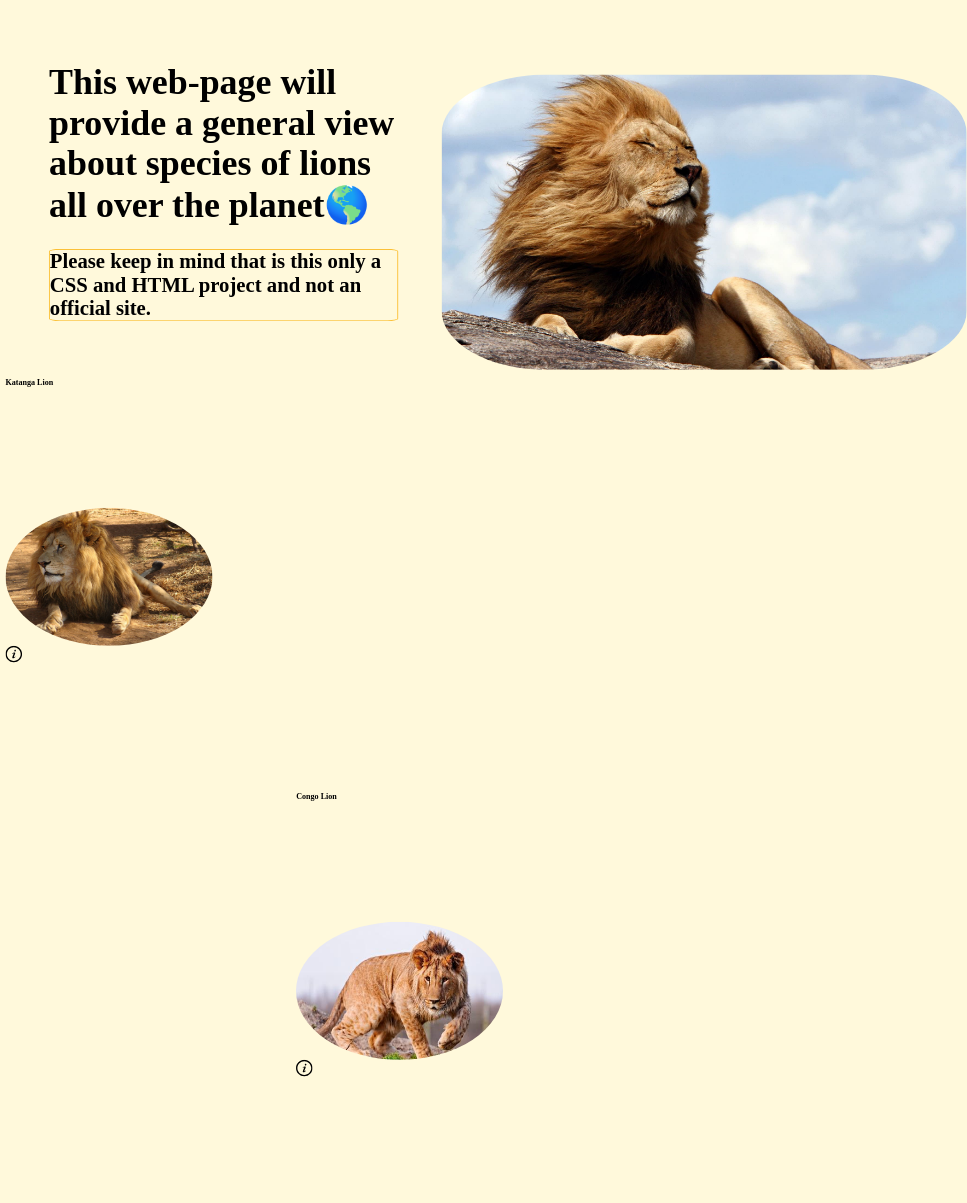
Repository: GeorgeManias/lions_project
Page: index.html
These files come from the project's save history. The page is drawn as it stood at one moment and after the next save; the edit follows.
The browser window is 1280 px wide. The page is 1401 px wide, so the pictures cover 1401 px, including what lies to the right of the window. The pictures show the whole page, at 69% of full size.

Above is the page before, as saved 2021-11-03 20:09:30.

### index.html
<!DOCTYPE html>
<html lang="en">
  <head>
    <link rel="stylesheet" href="index.css" />
    <link
      href="https://fonts.googleapis.com/css2?family=Roboto:ital@1&display=swap"
      rel="stylesheet"
    />
    <title>King of the Jungle</title>
  </head>
  <div class="container">
    <!--This will be the container fro the main_page-->

    <body>
      <!--Class above will support the grid between header and main photo-->
      <div class="headers_and_mainphoto">
        <header>
          <!--This area will be for the upper body part-->
          <h1 class="main_header">
            This web-page will provide a general view about species of lions all
            over the planet🌎
          </h1>
          <h2 class="project_header">
            Please keep in mind that is this only a CSS and HTML project and not
            an official site.
          </h2>
        </header>
        <img
          src="pictures/main_lion.jpg"
          alt="main_lion_photo"
          class="main_photo"
        />
      </div>
      <div class="grid_with_6_pictures">
        <!--Katanga_Lion_Start-->
        <h3 id="katanga_title_cord" class="titles_6">Katanga Lion</h3>
        <img
          src="pictures/katanga_lion.jpg"
          alt="katanga_lion"
          id="katanga_img_cord"
          class="img_6"
        />
        <svg
          id="katanga_info_cord"
          class="info_svg"
          xmlns="http://www.w3.org/2000/svg"
          width="24"
          height="24"
          viewBox="0 0 24 24"
        >
          <path
            d="M12 2c5.514 0 10 4.486 10 10s-4.486 10-10 10-10-4.486-10-10 4.486-10 10-10zm0-2c-6.627 0-12 5.373-12 12s5.373 12 12 12 12-5.373 12-12-5.373-12-12-12zm-2.033 16.01c.564-1.789 1.632-3.932 1.821-4.474.273-.787-.211-1.136-1.74.209l-.34-.64c1.744-1.897 5.335-2.326 4.113.613-.763 1.835-1.309 3.074-1.621 4.03-.455 1.393.694.828 1.819-.211.153.25.203.331.356.619-2.498 2.378-5.271 2.588-4.408-.146zm4.742-8.169c-.532.453-1.32.443-1.761-.022-.441-.465-.367-1.208.164-1.661.532-.453 1.32-.442 1.761.022.439.466.367 1.209-.164 1.661z"
          />
        </svg>
        <!--Katanga_Lion_End-->
      </div>
      <div class="grid_with_6_pictures">
        <!--Congo_Lion_Start-->
        <h3 id="congo_title_cord" class="titles_6">Congo Lion</h3>
        <img
          src="pictures/congo_lion.jpg"
          alt="congo_lion"
          id="congo_img_cord"
          class="img_6"
        />
        <svg
          id="congo_info_cord"
          class="info_svg"
          xmlns="http://www.w3.org/2000/svg"
          width="24"
          height="24"
          viewBox="0 0 24 24"
        >
          <path
            d="M12 2c5.514 0 10 4.486 10 10s-4.486 10-10 10-10-4.486-10-10 4.486-10 10-10zm0-2c-6.627 0-12 5.373-12 12s5.373 12 12 12 12-5.373 12-12-5.373-12-12-12zm-2.033 16.01c.564-1.789 1.632-3.932 1.821-4.474.273-.787-.211-1.136-1.74.209l-.34-.64c1.744-1.897 5.335-2.326 4.113.613-.763 1.835-1.309 3.074-1.621 4.03-.455 1.393.694.828 1.819-.211.153.25.203.331.356.619-2.498 2.378-5.271 2.588-4.408-.146zm4.742-8.169c-.532.453-1.32.443-1.761-.022-.441-.465-.367-1.208.164-1.661.532-.453 1.32-.442 1.761.022.439.466.367 1.209-.164 1.661z"
          />
        </svg>
        <!--Congo_Lion_End-->
      </div>
    </body>
  </div>
</html>

<!--1
  Katanga lion
  Congo Lion
  Transvaal lion
  East African lion
  Asiatic lion
  West African lion

-->

### index.css
/*

--- 01 TYPOGRAPHY SYSTEM

- Font sizes (px)
10 / 12 / 14 / 16 / 18 / 20 / 24 / 30 / 36 / 44 / 52 / 62 / 74 / 86 / 98

- Font weights
Default: 400
Medium: 500
Semi-bold: 600
Bold: 700

- Line heights
Default: 1
Small: 1.05
Medium: 1.2
Paragraph default: 1.6

- Letter spacing
-0.5px
0.75px

--- 02 COLORS

- Primary: ##fab005
- Tints:
#fff9db

- Shades:


- Accents:
- Greys

#888
#767676 (lightest grey allowed on #fff)
#6f6f6f (lightest grey allowed on #fdf2e9)
#555
#333

--- 05 SHADOWS

0 2.4rem 4.8rem rgba(0, 0, 0, 0.075);

--- 06 BORDER-RADIUS

Default: 9px
Medium: 11px

--- 07 WHITESPACE

- Spacing system (px)
2 / 4 / 8 / 12 / 16 / 24 / 32 / 48 / 64 / 80 / 96 / 128
*/

html {
  /*εδώ βάζω το 10 με σκοπο το αλλο να έχει ευκολο πολαπλασσιο του rem*/
  font-size: 10px;
  margin-left: 0%;
  margin-right: 0%;
}

body {
  background-color: #fff9db;
}

header {
  margin-left: 10%;
  margin-right: 10%;
}

.main_header {
  font-size: 5.2rem;
}

.project_header {
  font-size: 3rem;
  border: 0.1rem solid #fab005;
  border-radius: 3%;
}

.headers_and_mainphoto {
  /*Αυτο το πεδίο αναφέρεται στο grid*/
  display: grid;
  grid-template-columns: 50% 50%;
  align-items: center;
}

.grid_with_6_pictures {
  display: grid;
  grid-template-columns: 1fr 1fr 1fr;
  grid-template-rows: 1fr 1fr 1fr;
}

.main_photo {
  width: 761px;
  margin-top: 100px;
  border-radius: 20%;
}

.img_6 {
  width: 300px;
  height: 200px;
  border-radius: 50%;
}

/*//////////////////////////////////////////////////////////////////////////////////////////////////////////////////////////////////////////////////////////////////*/
/*Katanga Lion Cord Start*/
#katanga_title_cord {
  grid-column: 1/2;
  grid-row: 1/2;
}
#katanga_img_cord {
  grid-column: 1/2;
  grid-row: 2/3;
}

#katanga_info_cord {
  grid-column: 1/2;
  grid-row: 3/4;
}
/*Katanga Lion Cord End*/

/*Congo Lion Cord Start*/
#congo_title_cord {
  grid-column: 2/3;
  grid-row: 1/2;
}
#congo_img_cord {
  grid-column: 2/3;
  grid-row: 2/3;
}

#congo_info_cord {
  grid-column: 2/3;
  grid-row: 3/4;
}
/*Congo Lion Cord End*/

After the next save:
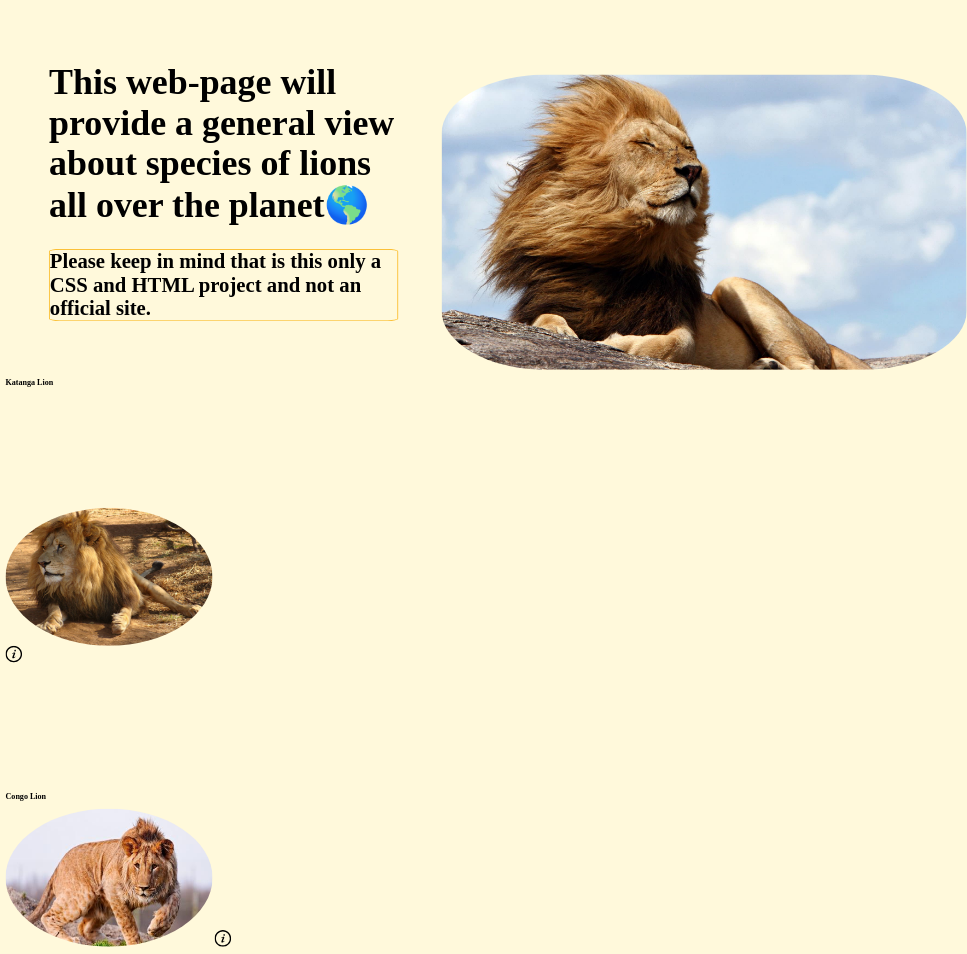
Saved 40 s later.
--- a/index.html
+++ b/index.html
@@ -54,8 +54,7 @@
         </svg>
         <!--Katanga_Lion_End-->
       </div>
-      <div class="grid_with_6_pictures">
-        <!--Congo_Lion_Start-->
+           <!--Congo_Lion_Start-->
         <h3 id="congo_title_cord" class="titles_6">Congo Lion</h3>
         <img
           src="pictures/congo_lion.jpg"
